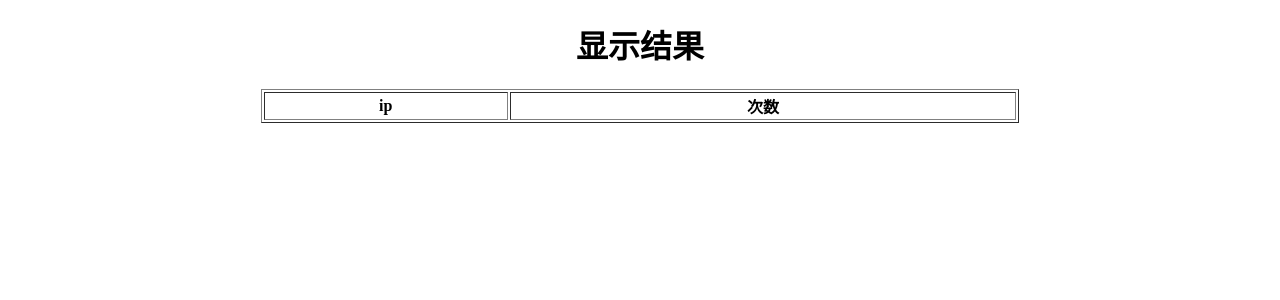
Repository: EthanZmr/myCode
Page: http://localhost/filter_demo/show.jsp
These files come from the project's save history. The page is drawn as it stood at one moment and after the next save; the edit follows.
The browser window is 1280 px wide. The pictures show the whole page.
The page is served by Tomcat 9. Other server files are loaded and not shown.

Above is the page before, as saved 2018-12-19 19:39:51.

### filter_demo/WebContent/show.jsp
<%@ page language="java" contentType="text/html; charset=UTF-8"
    pageEncoding="UTF-8"%>
<!DOCTYPE html>
<html>
<head>
<meta charset="UTF-8">
<title>Insert title here</title>
</head>
<body>
<h1 align="center">显示结果</h1>
<table align="center" width="60%" border="1">
	<tr>
		<th>ip</th>
		<th>次数</th>
	</tr>
</table>
</body>
</html>

After the next save:
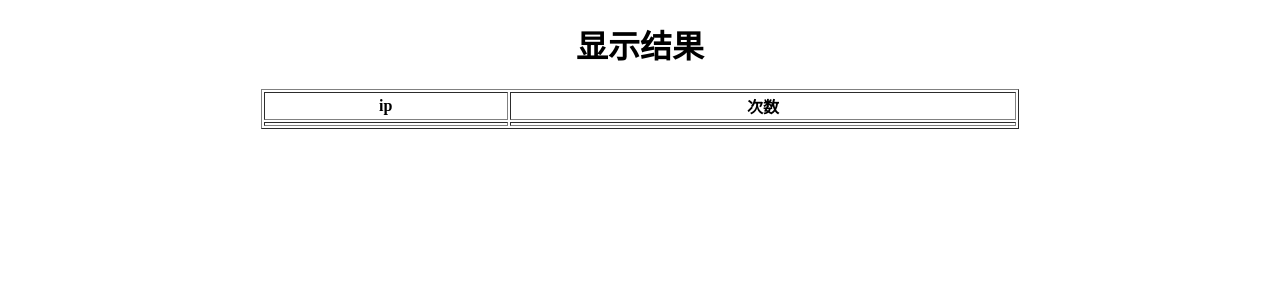
Saved 16 s later.
--- a/filter_demo/WebContent/show.jsp
+++ b/filter_demo/WebContent/show.jsp
@@ -13,6 +13,10 @@
 		<th>ip</th>
 		<th>次数</th>
 	</tr>
+	<tr>
+		<td></td>
+		<td></td>
+	</tr>
 </table>
 </body>
 </html>
